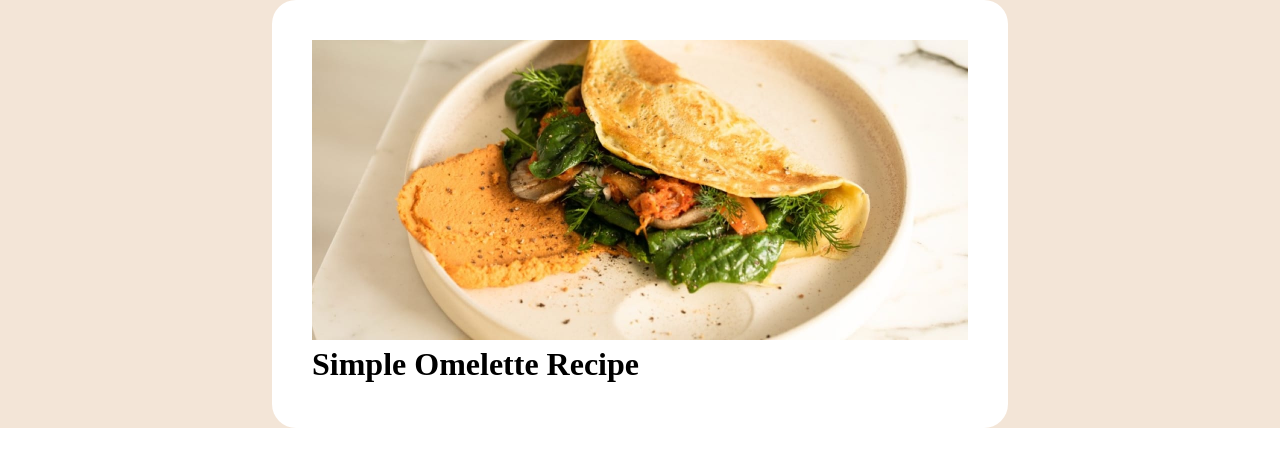
Repository: brandontaylor1/recipe-page
Page: index.html
These files come from the project's save history. The page is drawn as it stood at one moment and after a run of saves; the edit follows.
The browser window is 1280 px wide. The pictures show the whole page.

Above is the page before, as saved 2024-12-28 21:42:32.

After the next 2 saves:
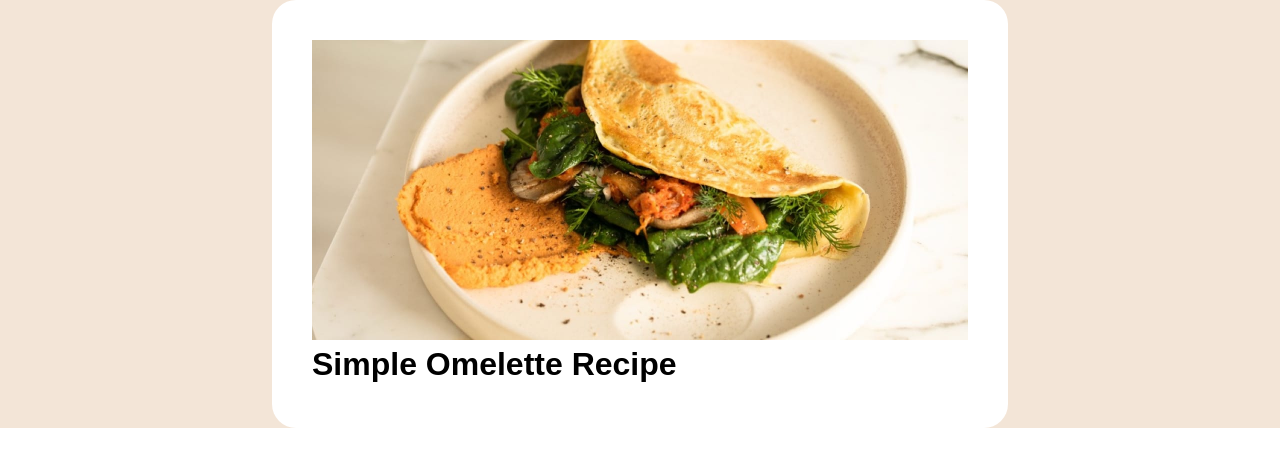
The 2 saves are shown as one change because they came seconds apart.
The last was saved 20 s later.
--- a/styles.css
+++ b/styles.css
@@ -145,3 +145,7 @@ select {
     border-radius: 24px;
 
 }
+
+.recipe-card h1 {
+    font-family: "YoungSerif-Regular", sans-serif;
+}
